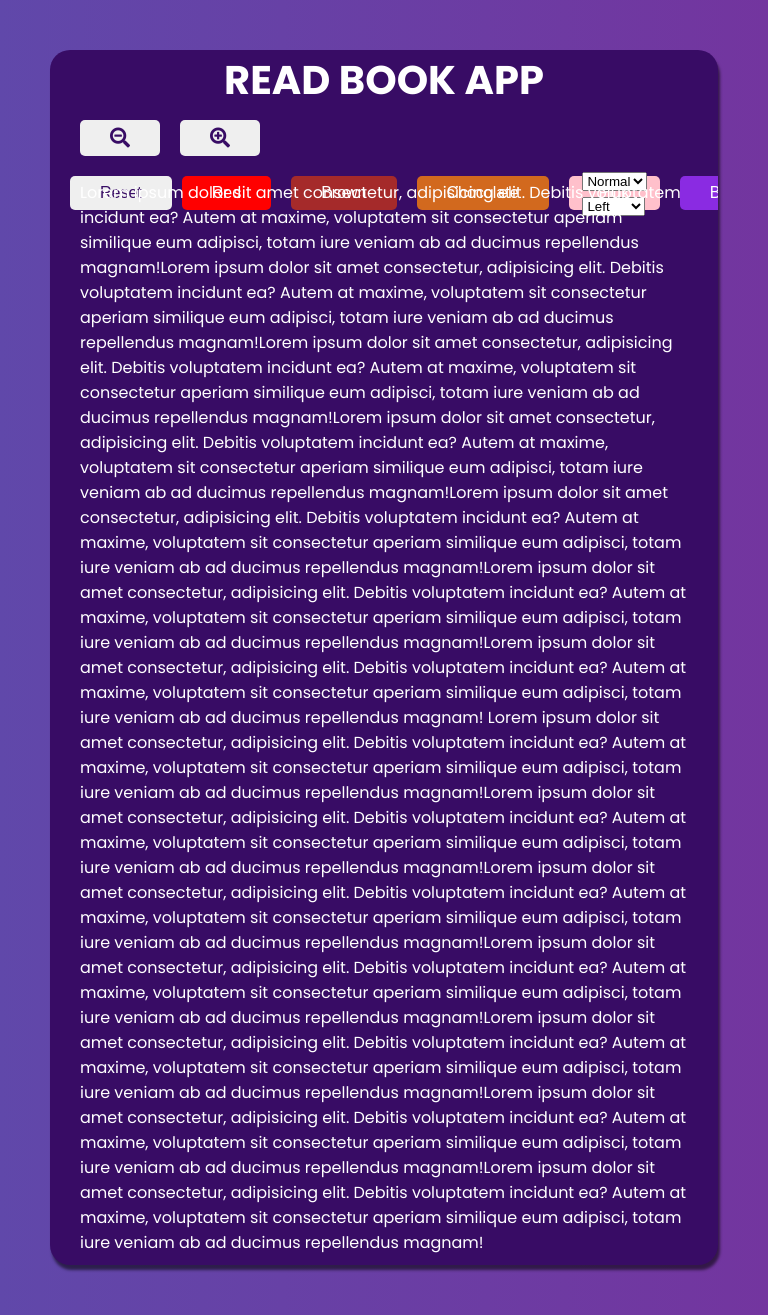
Repository: dinhconglam2306/frontend_tu_xa
Page: b09/02-reading-info/index.html
These files come from the project's save history. The page is drawn as it stood at one moment and after a run of saves; the edit follows.
The browser window is 768 px wide. The pictures show the whole page.
Some web libraries are served in a nearby version. The style sheet was rebuilt from its Sass, Less or Tailwind sources for each picture, by a compiler version that may differ from the author's.

Above is the page before, as saved 2021-04-25 07:22:47.

### b09/02-reading-info/index.html
<!DOCTYPE html>
<html lang="en">
  <head>
    <meta charset="UTF-8" />
    <meta http-equiv="X-UA-Compatible" content="IE=edge" />
    <meta name="viewport" content="width=device-width, initial-scale=1.0" />
    <title>Document</title>
    <link rel="stylesheet" href="css/style.css" />
    <link
      rel="stylesheet"
      href="https://pro.fontawesome.com/releases/v5.10.0/css/all.css"
      integrity="sha384-AYmEC3Yw5cVb3ZcuHtOA93w35dYTsvhLPVnYs9eStHfGJvOvKxVfELGroGkvsg+p"
      crossorigin="anonymous"
    />
    <link rel="preconnect" href="https://fonts.gstatic.com" />
    <link
      href="https://fonts.googleapis.com/css2?family=Poppins:wght@100;300;400;500;700&display=swap"
      rel="stylesheet"
    />
  </head>
  <body>
    <div class="app">
      <h1 class="app__title">Read Book App</h1>
      <div class="app-controls">
        <div class="app-controls-zoom">
          <button class="app-controls-zoom__button" data-value="zoom-in">
            <i class="fas fa-search-minus app-controls-zoom__button-icon"></i>
          </button>
          <button class="app-controls-zoom__button" data-value="zoom-out">
            <i class="fas fa-search-plus app-controls-zoom__button-icon"></i>
          </button>
        </div>

        <div class="app-controls-bg">
          <button class="app-controls-bg__reset">Reset</button>
          <button
            class="app-controls-bg__color app-controls-bg__color-red"
            data-color="red"
          >
            Red
          </button>
          <button
            class="app-controls-bg__color app-controls-bg__color-brown"
            data-color="brown"
          >
            Brown
          </button>
          <button
            class="app-controls-bg__color app-controls-bg__color-yellow"
            data-color="chocolate"
          >
            Chocolate
          </button>
          <button
            class="app-controls-bg__color app-controls-bg__color-pink"
            data-color="pink"
          >
            Pink
          </button>
          <button
            class="app-controls-bg__color app-controls-bg__color-blueviolet"
            data-color="blueviolet"
          >
            Blueviolet
          </button>
        </div>

        <div class="app-controls-select">
          <select name="size" class="app-controls-select__lineheight">
            <option value="0.8">Narrow</option>
            <option value="1" selected>Normal</option>
            <option value="2">Large</option>
          </select>
          <select name="text-align" class="app-controls-select__textalign">
            <option value="left" selected>Left</option>
            <option value="center">Center</option>
            <option value="right">Right</option>
            <option value="justify">Justify</option>
          </select>
        </div>
      </div>
      <div class="app-content" style="font-size: 16px">
        <p>
          Lorem ipsum dolor sit amet consectetur, adipisicing elit. Debitis
          voluptatem incidunt ea? Autem at maxime, voluptatem sit consectetur
          aperiam similique eum adipisci, totam iure veniam ab ad ducimus
          repellendus magnam!Lorem ipsum dolor sit amet consectetur, adipisicing
          elit. Debitis voluptatem incidunt ea? Autem at maxime, voluptatem sit
          consectetur aperiam similique eum adipisci, totam iure veniam ab ad
          ducimus repellendus magnam!Lorem ipsum dolor sit amet consectetur,
          adipisicing elit. Debitis voluptatem incidunt ea? Autem at maxime,
          voluptatem sit consectetur aperiam similique eum adipisci, totam iure
          veniam ab ad ducimus repellendus magnam!Lorem ipsum dolor sit amet
          consectetur, adipisicing elit. Debitis voluptatem incidunt ea? Autem
          at maxime, voluptatem sit consectetur aperiam similique eum adipisci,
          totam iure veniam ab ad ducimus repellendus magnam!Lorem ipsum dolor
          sit amet consectetur, adipisicing elit. Debitis voluptatem incidunt
          ea? Autem at maxime, voluptatem sit consectetur aperiam similique eum
          adipisci, totam iure veniam ab ad ducimus repellendus magnam!Lorem
          ipsum dolor sit amet consectetur, adipisicing elit. Debitis voluptatem
          incidunt ea? Autem at maxime, voluptatem sit consectetur aperiam
          similique eum adipisci, totam iure veniam ab ad ducimus repellendus
          magnam!Lorem ipsum dolor sit amet consectetur, adipisicing elit.
          Debitis voluptatem incidunt ea? Autem at maxime, voluptatem sit
          consectetur aperiam similique eum adipisci, totam iure veniam ab ad
          ducimus repellendus magnam! Lorem ipsum dolor sit amet consectetur,
          adipisicing elit. Debitis voluptatem incidunt ea? Autem at maxime,
          voluptatem sit consectetur aperiam similique eum adipisci, totam iure
          veniam ab ad ducimus repellendus magnam!Lorem ipsum dolor sit amet
          consectetur, adipisicing elit. Debitis voluptatem incidunt ea? Autem
          at maxime, voluptatem sit consectetur aperiam similique eum adipisci,
          totam iure veniam ab ad ducimus repellendus magnam!Lorem ipsum dolor
          sit amet consectetur, adipisicing elit. Debitis voluptatem incidunt
          ea? Autem at maxime, voluptatem sit consectetur aperiam similique eum
          adipisci, totam iure veniam ab ad ducimus repellendus magnam!Lorem
          ipsum dolor sit amet consectetur, adipisicing elit. Debitis voluptatem
          incidunt ea? Autem at maxime, voluptatem sit consectetur aperiam
          similique eum adipisci, totam iure veniam ab ad ducimus repellendus
          magnam!Lorem ipsum dolor sit amet consectetur, adipisicing elit.
          Debitis voluptatem incidunt ea? Autem at maxime, voluptatem sit
          consectetur aperiam similique eum adipisci, totam iure veniam ab ad
          ducimus repellendus magnam!Lorem ipsum dolor sit amet consectetur,
          adipisicing elit. Debitis voluptatem incidunt ea? Autem at maxime,
          voluptatem sit consectetur aperiam similique eum adipisci, totam iure
          veniam ab ad ducimus repellendus magnam!Lorem ipsum dolor sit amet
          consectetur, adipisicing elit. Debitis voluptatem incidunt ea? Autem
          at maxime, voluptatem sit consectetur aperiam similique eum adipisci,
          totam iure veniam ab ad ducimus repellendus magnam!
        </p>
      </div>
    </div>
    <script src="js/jquery-3.6.0.min.js"></script>
    <script src="js/main.js"></script>
  </body>
</html>

### b09/02-reading-info/js/main.js
$(document).ready(function () {
  let areaContent = $(".app-content");
  let btnZoom = $(".app-controls-zoom__button");
  let btnColor = $(".app-controls-bg__color");
  let selectLineheight = $(".app-controls-select__lineheight");
  let textAlign = $(".app-controls-select__textalign");

  let config = JSON.parse(localStorage.getItem("READING_INFO"));
  if (config) {
    areaContent.css("background-color", config.bgColor);
    areaContent.css("font-size", config.fontSize + "px");
    areaContent.css("text-align", config.position);
    areaContent.css("line-height", config.lineHeight);
  } else {
    config = {
      bgColor: "#380c65",
      lineHeight: 1,
      position: "right",
      fontSize: 12,
    };
    localStorage.setItem("READING_INFO", JSON.stringify(config));
  }

  /*------------RESET - START---------*/

  $(".app-controls-bg__reset").click(function () {
    // localStorage.removeItem("READING_INFO");
    areaContent.css("background-color", "#380c65");
    areaContent.css("line-height", 1);
    areaContent.css("text-align", "center");
    areaContent.css("font-size", 16);
  });

  /*------------FONTSIZE - START---------*/
  const incrementFontsize = 1;
  btnZoom.on("click", function () {
    let fontSize = parseFloat($(".app-content").css("font-size"));
    let value = $(this).data("value");
    if (value == "zoom-out") {
      fontSize += incrementFontsize;
    } else if (value == "zoom-in") {
      fontSize -= incrementFontsize;
    }
    areaContent.css("font-size", fontSize + "px");
    config.fontSize = fontSize;
    localStorage.setItem("READING_INFO", JSON.stringify(config));
  });
  /*------------FONTSIZE - END---------*/

  /*------------BACKGROUND-COLOR - START---------*/
  btnColor.click(function () {
    let color = $(this).data("color");
    areaContent.css("background-color", color);
    config.bgColor = color;
    localStorage.setItem("READING_INFO", JSON.stringify(config));
  });
  /*------------BACKGROUND-COLOR - END---------*/

  /*------------LINE-HEIGHT - START---------*/
  selectLineheight.change(function () {
    let lineheight = selectLineheight.val();
    areaContent.css("line-height", lineheight);
    config.lineHeight = lineheight;
    localStorage.setItem("READING_INFO", JSON.stringify(config));
  });
  /*------------LINE-HEIGHT - END---------*/

  /*------------TEXT-ALIGN - START---------*/
  textAlign.change(function () {
    let position = textAlign.val();
    areaContent.css("text-align", position);
    config.position = position;
    localStorage.setItem("READING_INFO", JSON.stringify(config));
  });
  /*------------TEXT-ALIGN - END---------*/
});

### b09/02-reading-info/style.scss
@mixin size($width, $height: $width) {
  width: $width;
  height: $height;
}
@mixin flexbox(
  $align: flex-start,
  $justify: flex-start,
  $flex-direction: row,
  $wrap: nowrap
) {
  display: flex;
  align-items: $align;
  justify-content: $justify;
  flex-direction: $flex-direction;
  flex-wrap: $wrap;
}
* {
  margin: 0px;
  padding: 0px;
  box-sizing: border-box;
}
html {
  font-size: 62.5%;
}
body {
  padding: 5rem;
  font-size: 1.6rem;
  font-family: "Poppins", sans-serif;
  font-weight: normal;
  display: flex;
  align-items: center;
  justify-content: center;
  background-image: linear-gradient(to right, #6048aa, #73359f);
}
a {
  text-decoration: none;
}
img {
  display: block;
  max-width: 100%;
}
.app {
  display: flex;
  flex-direction: column;
  align-items: center;
  justify-content: center;
  width: 100vw;
  background-color: #380c65;
  overflow: hidden;
  padding: 1rem;
  border-radius: 2rem;
  box-shadow: 2px 5px 3px rgba(0, 0, 0, 0.548);
  &__title {
    color: white;
    font-size: 4rem;
    text-transform: uppercase;
  }
  &-controls {
    display: flex;
    align-items: center;
    justify-content: space-between;
    width: 100%;
    height: 6rem;
    padding: 0 2rem;
    &-zoom {
      width: calc(20% - 1rem);
      display: flex;
      align-items: center;
      &__button {
        padding: 0.8rem 3rem;
        border: 0;
        margin: 1rem;
        border-radius: 0.5rem;
        cursor: pointer;
        display: flex;
        justify-content: center;
        align-items: center;
        color: #380c65;
        &:hover {
          background-color: #6508c2;
          color: white;
        }
        &:active {
          transform: scale(0.98);
        }
        &-icon {
          font-size: 2rem;
        }
      }
    }
    &-bg {
      width: calc(60% - 1rem);
      display: flex;
      align-items: center;
      justify-content: space-between;
      &__reset {
        padding: 0.8rem 3rem;
        border: 0;
        border-radius: 0.5rem;
        cursor: pointer;
        color: #380c65;
        font-size: 1.6rem;
        &:active {
          transform: scale(0.98);
        }
      }
      &__color {
        padding: 0.8rem 3rem;
        border: 0;
        margin: 1rem;
        border-radius: 0.5rem;
        cursor: pointer;
        display: flex;
        justify-content: center;
        align-items: center;
        color: #380c65;
        font-size: 1.6rem;
        &-red {
          background-color: red;
          color: white;
          &:active {
            transform: scale(0.98);
          }
        }
        &-aqua {
          background-color: aqua;
          color: white;
          &:active {
            transform: scale(0.98);
          }
        }
        &-yellow {
          background-color: chocolate;
          color: white;
          &:active {
            transform: scale(0.98);
          }
        }
        &-brown {
          background-color: brown;
          color: white;
          &:active {
            transform: scale(0.98);
          }
        }
        &-pink {
          background-color: pink;
          color: white;
          &:active {
            transform: scale(0.98);
          }
        }
        &-blueviolet {
          background-color: blueviolet;
          color: white;
          &:active {
            transform: scale(0.98);
          }
        }
      }
    }
    &-select {
      width: calc(20% - 1rem);
    }
  }
  &-content {
    color: white;
    padding: 1rem 3rem;
    border-radius: 1rem;
  }
}
@media screen and (max-width: 1023px) {
  .app {
    padding: 0;
    &-controls {
      flex-wrap: wrap;
      &-zoom {
        width: 100%;
      }
    }
  }
}

Loaded but not shown: b09/02-reading-info/js/jquery-3.6.0.min.js (library)

After the next 2 saves:
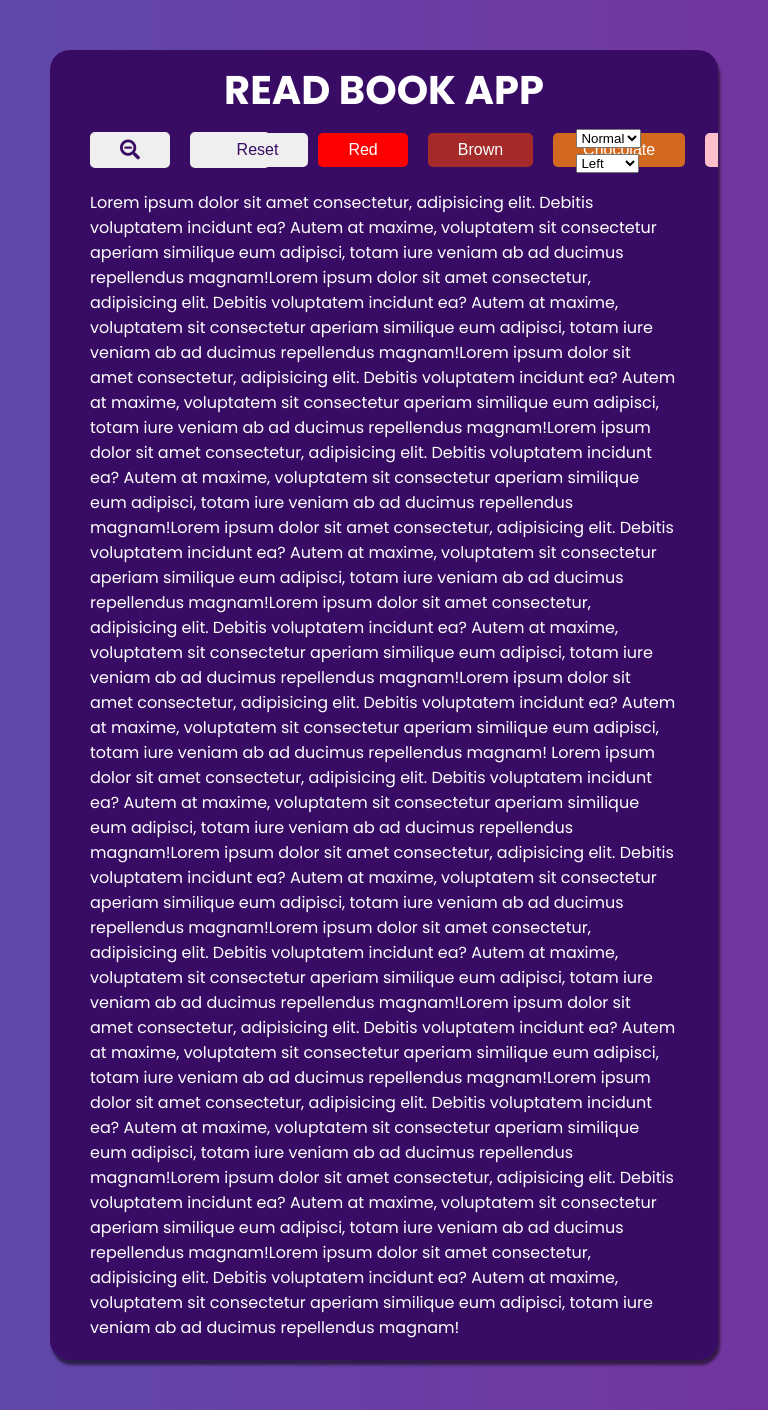
The 2 saves are shown as one change because they came seconds apart.
The last was saved 26 s later.
--- a/b09/02-reading-info/style.scss
+++ b/b09/02-reading-info/style.scss
@@ -169,14 +169,3 @@ img {
     border-radius: 1rem;
   }
 }
-@media screen and (max-width: 1023px) {
-  .app {
-    padding: 0;
-    &-controls {
-      flex-wrap: wrap;
-      &-zoom {
-        width: 100%;
-      }
-    }
-  }
-}
